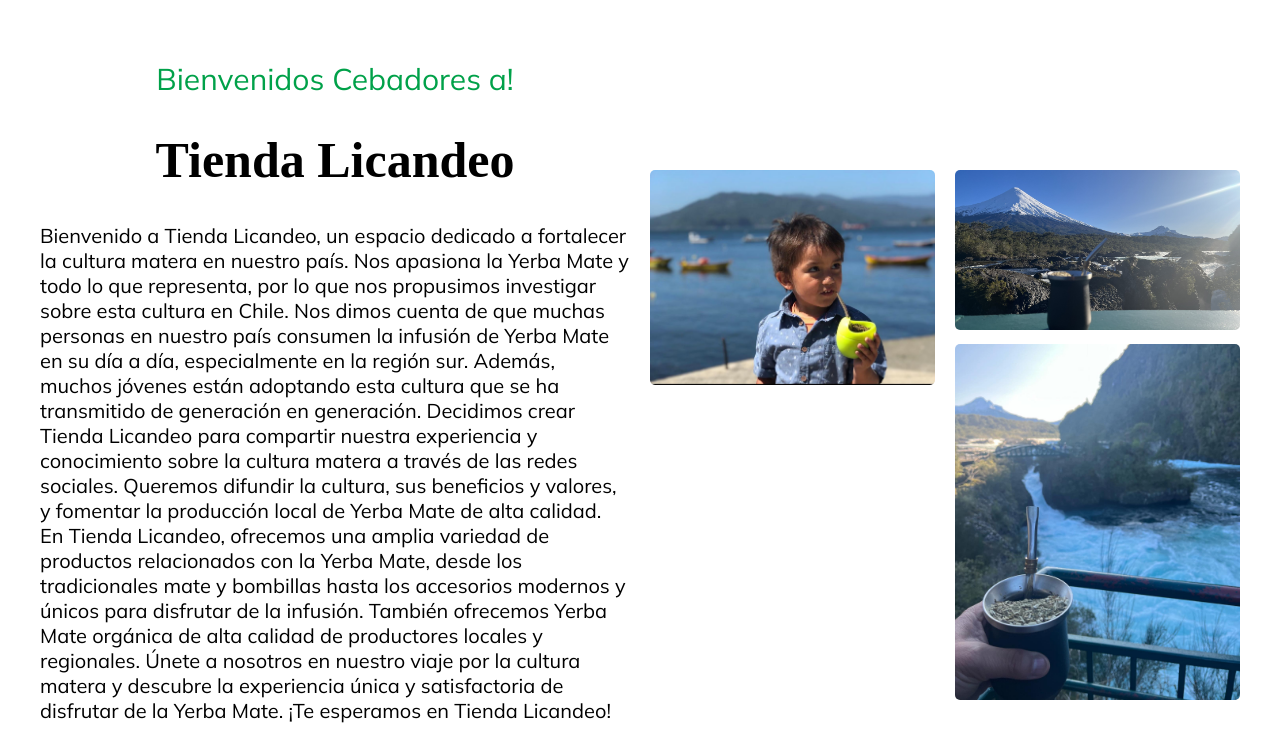
Repository: PiaTrujillo/LICANDEO-main
Page: index.html
An editor plug-in stored every save of this project. The page is shown before and after the next save, followed by the edit.
The browser window is 1280 px wide. The pictures show the part of the page from y = 748 to 1500 px (the page is 1500 px tall).
A picture or video elsewhere on the page could not be fetched, so the positions and the page height are approximate. Some web fonts or font styles are not loaded; a fallback is used. Some web libraries are served in a nearby version.

Above is the page before, as saved 2023-05-09 13:08:26.

After the next save:
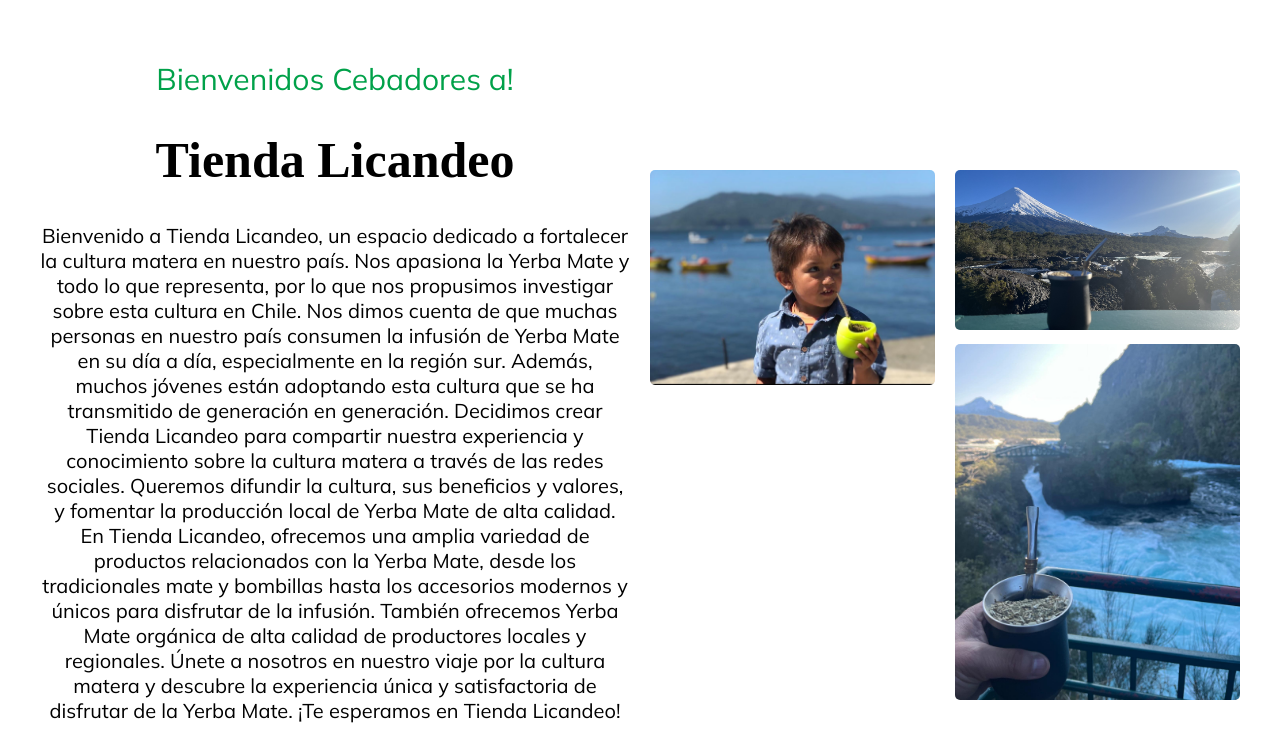
Saved 58 s later.
--- a/css/estilos.css
+++ b/css/estilos.css
@@ -246,6 +246,10 @@
     font-size: 5rem;
     text-align: center;
 }
+.texto-nosotros p{
+    font-size: 2rem;
+    text-align: center;
+}
 .imagenes-nosotros{
     display: flex;
     justify-content: space-between;

After the save that followed:
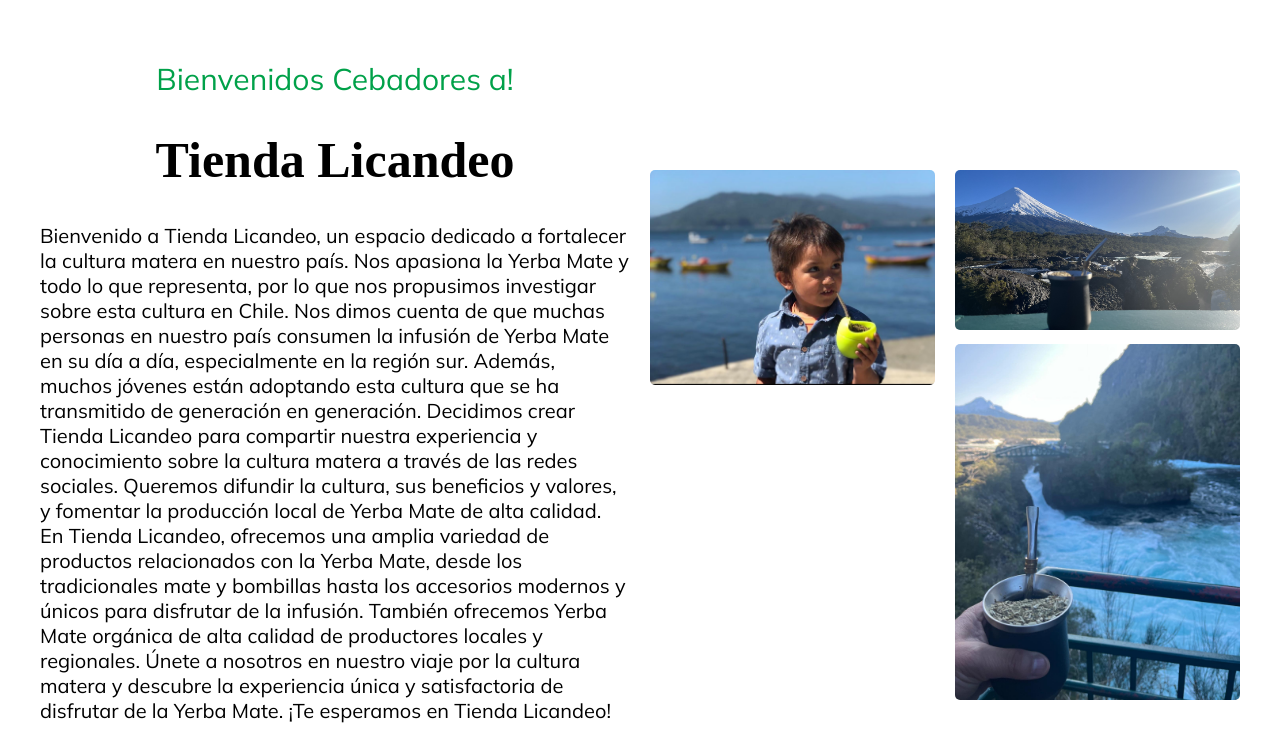
Saved 44 s later.
--- a/css/estilos.css
+++ b/css/estilos.css
@@ -248,7 +248,7 @@
 }
 .texto-nosotros p{
     font-size: 2rem;
-    text-align: center;
+    text-align: auto;
 }
 .imagenes-nosotros{
     display: flex;
